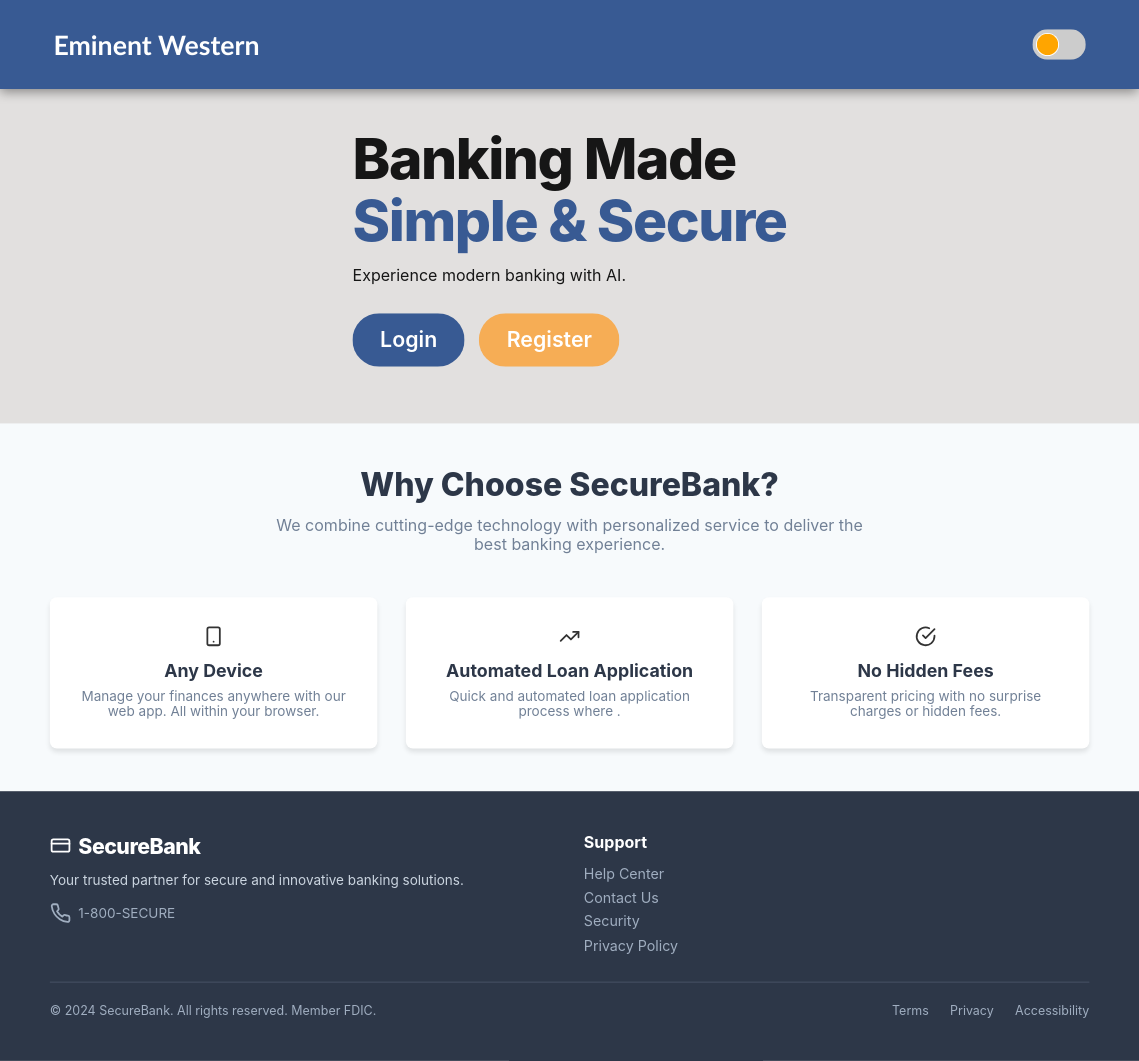
Repository: Kong-fish/FYP_repo
Page: / (app in fyp_web/)
An editor plug-in stored every save of this project. The page is shown before and after the next save, followed by the edit.
The browser window is 1280 px wide. The pictures show the whole page, at 89% of full size.
The project was rebuilt for these pictures with package versions that can differ from the ones it lists, and the page was loaded fresh each time. Also part of the build but not shown: fyp_web/src/Landing/Register.tsx, fyp_web/src/Landing/Login.tsx, fyp_web/src/Landing/Forgot_Password.tsx, fyp_web/src/Dashboard/Admin_Dashboard.tsx, fyp_web/src/Cust_Function/Cust_Pass_Ver.tsx, fyp_web/src/Dashboard/Customer_Dashboard.tsx, fyp_web/src/Admin_Function/AdminFunction.css, fyp_web/src/Admin_Function/ReviewLoan.tsx and 14 more.

Above is the page before, as saved 2025-06-27 02:10:25.

After the next save:
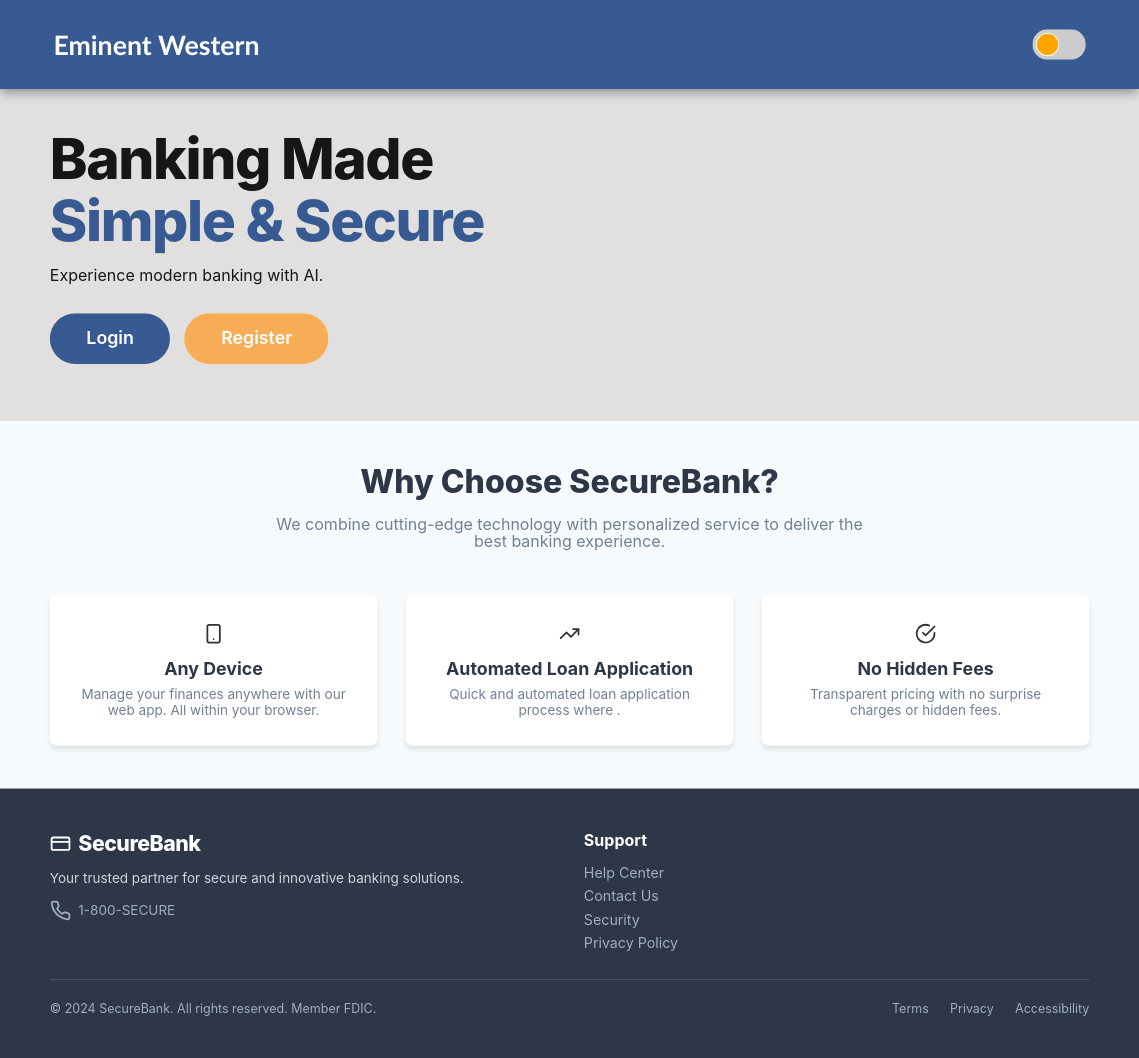
Saved 9 min 16 s later.
--- a/fyp_web/src/Landing/Landing.tsx
+++ b/fyp_web/src/Landing/Landing.tsx
@@ -1,23 +1,20 @@
 import { Link } from "react-router-dom";
 import { Shield, Smartphone, TrendingUp, Users, Lock, CheckCircle, Star, Menu, Phone, CreditCard } from "lucide-react";
-import '../shared/normalize.css';
-import "./Landing.css";
+import '../shared/normalize.css'; // Re-added external import
+import "./Landing.css"; // Re-added external import
 
 
 export default function CustomerLandingPage() {
   return (
     <>
-      <div className="app" style={{ display: 'none' }}>
-        <div className="customerLanding"></div> {/* This inner div was empty */}
-      </div>
+      {/* Removed the 'app' and 'customerLanding' divs as they were hidden and empty */}
 
       <section className="hero">
         <div className="heroContainer">
-          {/* Made hero section vertical with image above text */}
-          <div className="heroGrid" style={{ display: 'flex', flexDirection: 'column', alignItems: 'center', textAlign: 'center' }}>
+          {/* Moved hero section vertical styling to CSS */}
+          <div className="heroGrid">
 
-
-            <div className="heroContent"> {/* Added margin for spacing */}
+            <div className="heroContent"> {/* Margin for spacing now handled by CSS */}
               <div className="heroText">
 
                 <h1 className="heroTitle">
@@ -30,11 +27,11 @@
               </div>
 
               <div className="heroButtons">
-                {/* Buttons remain larger */}
-                <Link to="/login" className="signInButton" style={{ fontSize: '1.5rem', padding: '15px 30px' }}>
+                {/* Removed inline styles; sizing is now handled by CSS */}
+                <Link to="/login" className="signInButton">
                   Login
                 </Link>
-                <Link to="/register" className="openAccountButton" style={{ fontSize: '1.5rem', padding: '15px 30px' }}>
+                <Link to="/register" className="openAccountButton">
                   Register
                 </Link>
               </div>

After the save that followed:
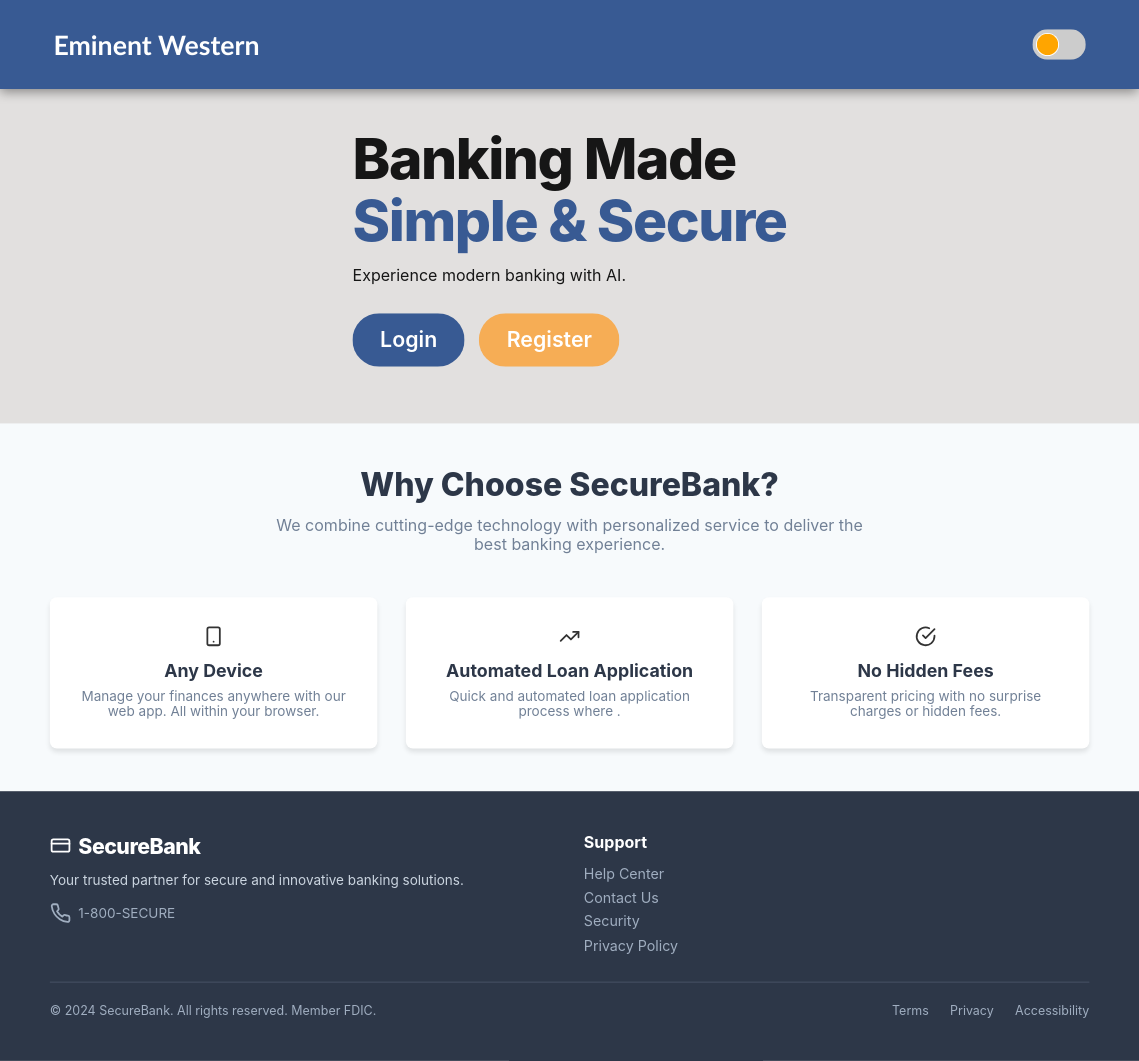
Saved 5 s later.
--- a/fyp_web/src/Landing/Landing.tsx
+++ b/fyp_web/src/Landing/Landing.tsx
@@ -1,20 +1,23 @@
 import { Link } from "react-router-dom";
 import { Shield, Smartphone, TrendingUp, Users, Lock, CheckCircle, Star, Menu, Phone, CreditCard } from "lucide-react";
-import '../shared/normalize.css'; // Re-added external import
-import "./Landing.css"; // Re-added external import
+import '../shared/normalize.css';
+import "./Landing.css";
 
 
 export default function CustomerLandingPage() {
   return (
     <>
-      {/* Removed the 'app' and 'customerLanding' divs as they were hidden and empty */}
+      <div className="app" style={{ display: 'none' }}>
+        <div className="customerLanding"></div> {/* This inner div was empty */}
+      </div>
 
       <section className="hero">
         <div className="heroContainer">
-          {/* Moved hero section vertical styling to CSS */}
-          <div className="heroGrid">
+          {/* Made hero section vertical with image above text */}
+          <div className="heroGrid" style={{ display: 'flex', flexDirection: 'column', alignItems: 'center', textAlign: 'center' }}>
 
-            <div className="heroContent"> {/* Margin for spacing now handled by CSS */}
+
+            <div className="heroContent"> {/* Added margin for spacing */}
               <div className="heroText">
 
                 <h1 className="heroTitle">
@@ -27,11 +30,11 @@
               </div>
 
               <div className="heroButtons">
-                {/* Removed inline styles; sizing is now handled by CSS */}
-                <Link to="/login" className="signInButton">
+                {/* Buttons remain larger */}
+                <Link to="/login" className="signInButton" style={{ fontSize: '1.5rem', padding: '15px 30px' }}>
                   Login
                 </Link>
-                <Link to="/register" className="openAccountButton">
+                <Link to="/register" className="openAccountButton" style={{ fontSize: '1.5rem', padding: '15px 30px' }}>
                   Register
                 </Link>
               </div>
